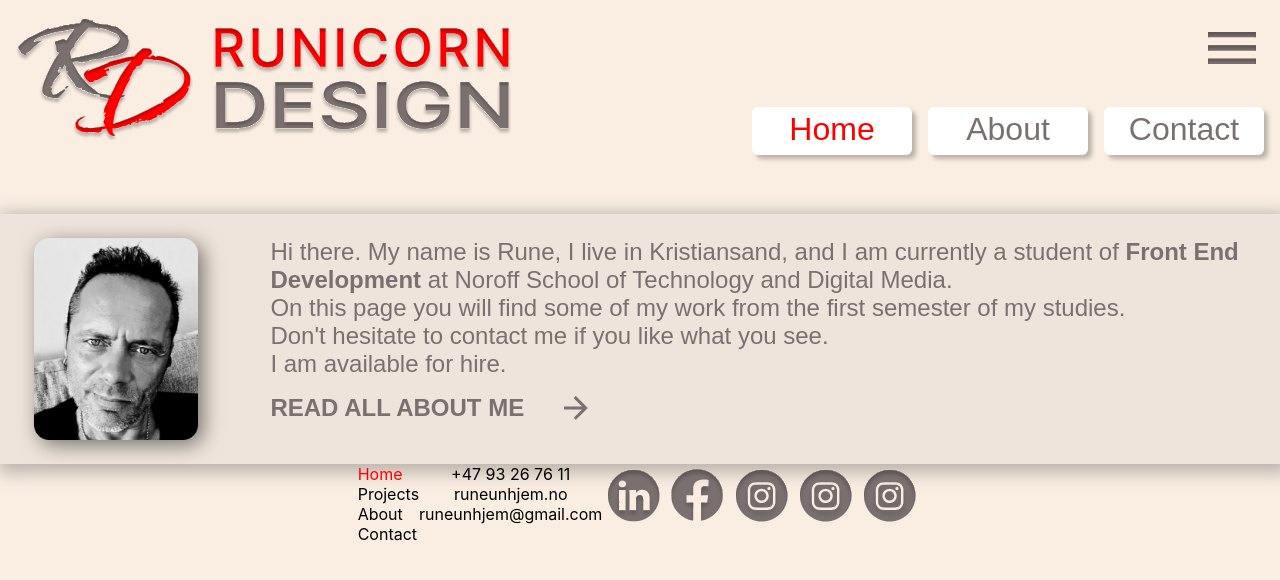
Repository: runeunhjem/portfolio1-ca
Page: index.html
The author's editor kept a copy of each file at every save. The page is drawn from the files as they stood at one save, then again after the next save.
The browser window is 1280 px wide. The pictures show the whole page.
Some web fonts or font styles are not loaded; a fallback is used. The style sheet was rebuilt from its Sass, Less or Tailwind sources for each picture, by a compiler version that may differ from the author's.

Above is the page before, as saved 2023-06-01 10:54:36.

After the next save:
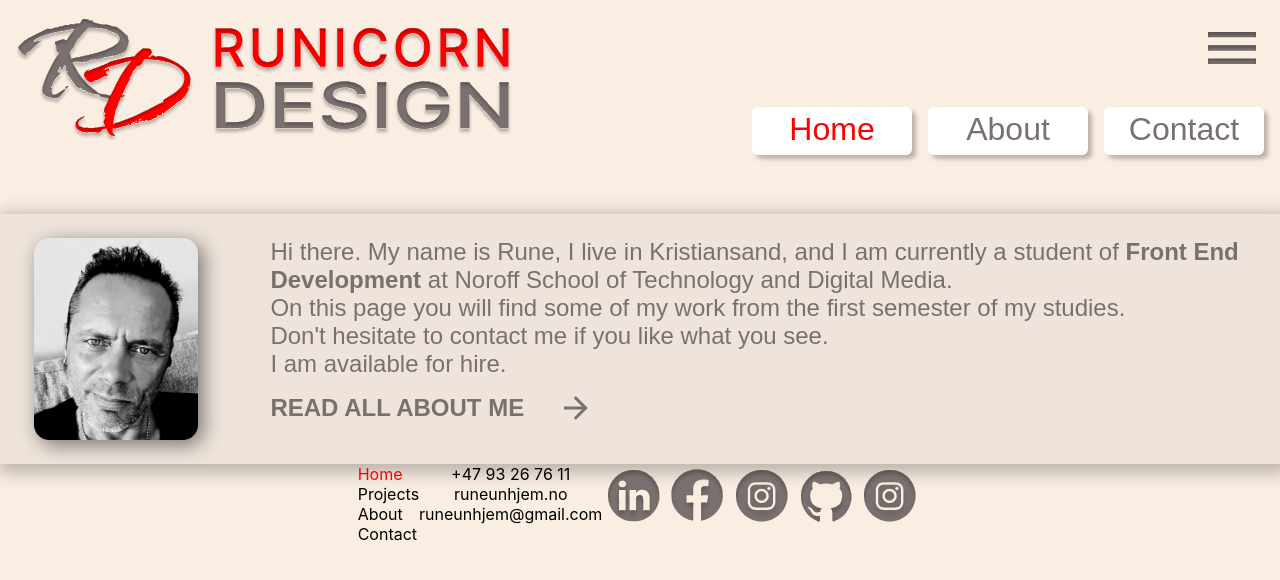
Saved 36 s later.
--- a/index.html
+++ b/index.html
@@ -81,7 +81,7 @@
         <img class="social-icon" src="images/ico-instagram.svg" alt="Instagram">
       </a>
       <a class="link-reset" href="https://www.github.com/runeunhjem/" target="_blank">
-        <img class="social-icon" src="images/ico-instagram.svg" alt="Instagram">
+        <img class="social-icon" src="images/ico-github.svg" alt="Instagram">
       </a>
       <a class="link-reset" href="https://www.instagram.com/runeunhjem/" target="_blank">
         <img class="social-icon" src="images/ico-instagram.svg" alt="Instagram">
